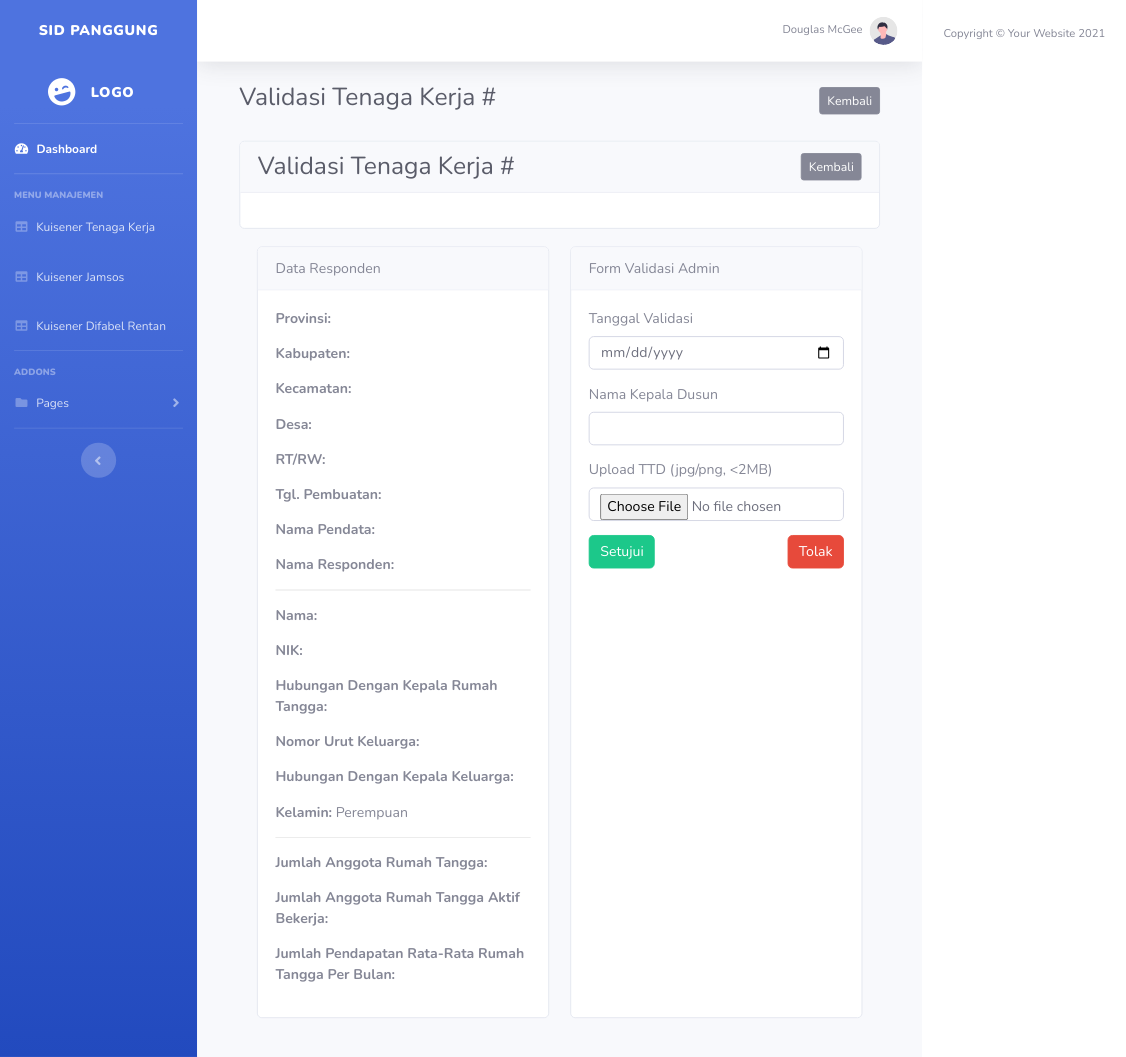
Repository: rusmn06/webpanggung
Page: resources/views/admin/tkw/show.blade.php
The author's editor kept a copy of each file at every save. The page is drawn from the files as they stood at one save, then again after the next save.
The browser window is 1280 px wide. The pictures show the whole page, at 88% of full size.
The page is served by the project's Laravel application, run on PHP 8.4 with Laravel 12. The template is opened directly, without the code that normally fills it, so the values that code supplies are empty.

Above is the page before, as saved 2025-05-16 22:38:16.

After the next save:
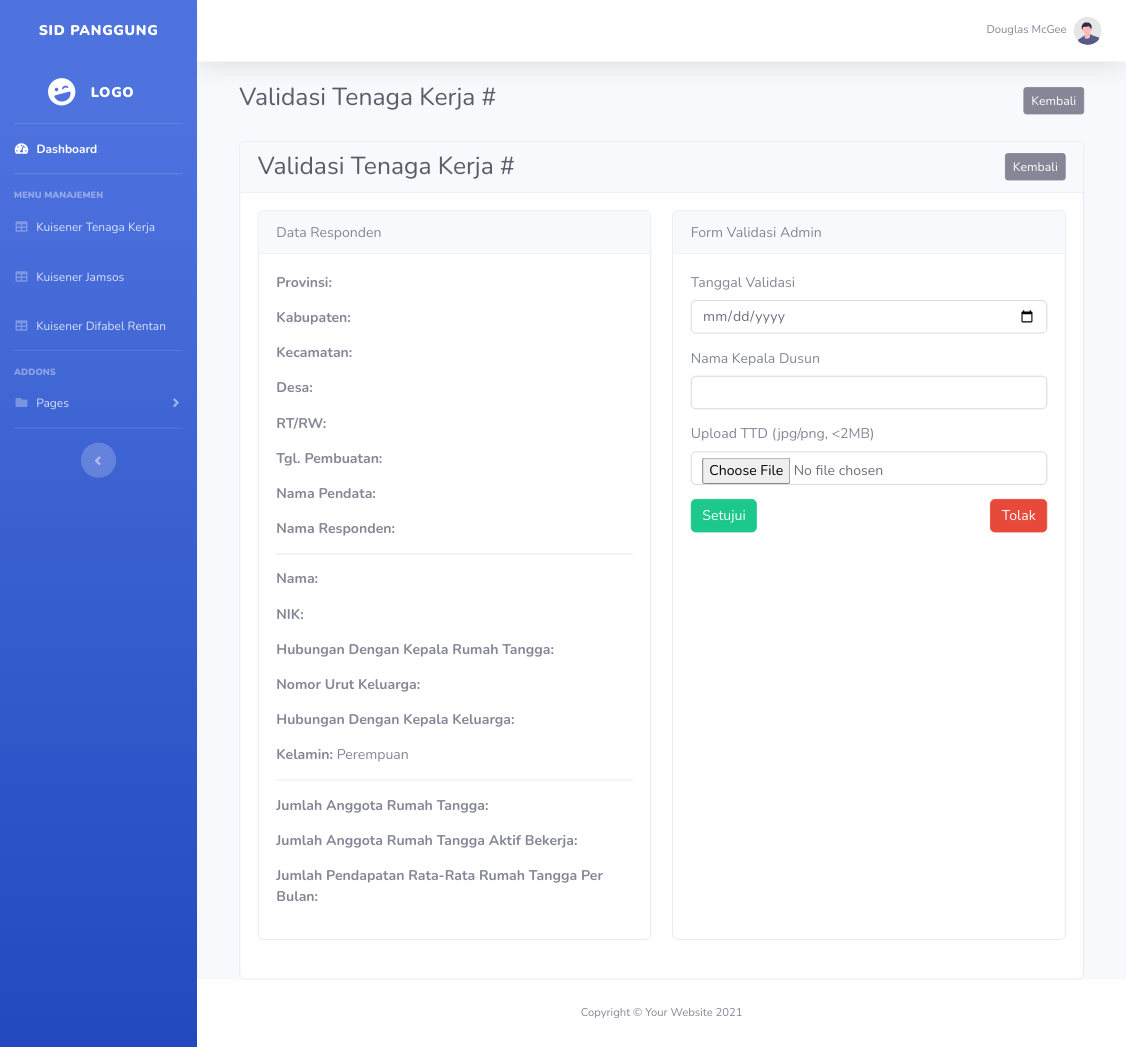
Saved 8 s later.
--- a/resources/views/admin/tkw/show.blade.php
+++ b/resources/views/admin/tkw/show.blade.php
@@ -12,11 +12,6 @@
     <h1 class="h3 text-gray-800 mb-0">Validasi Tenaga Kerja #{{ $item->id }}</h1>
     <a href="{{ route('admin.tkw.index') }}" class="btn btn-sm btn-secondary">Kembali</a>
   </div>
-  <div class="card-body">
-    <!-- Isi konten 2 kolom di sini -->
-  </div>
-</div>
-
     <div class="card-body">
       <div class="row">
         {{-- Kiri: Data Responden --}}
